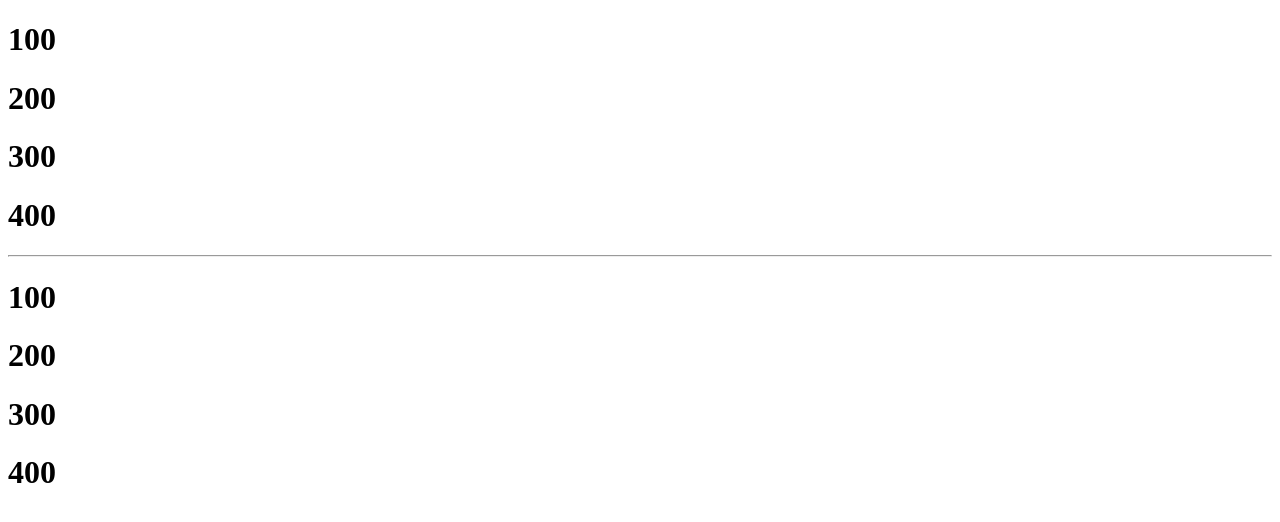
Repository: PankajSutharPersistent/vm-backup
Page: workspaceJavaScript/JSDemo/step-19.html
An editor plug-in stored every save of this project. The page is shown before and after the next save, followed by the edit.
The browser window is 1280 px wide. The pictures show the whole page.

Above is the page before, as saved 2016-12-30 04:57:30.

After the next save:
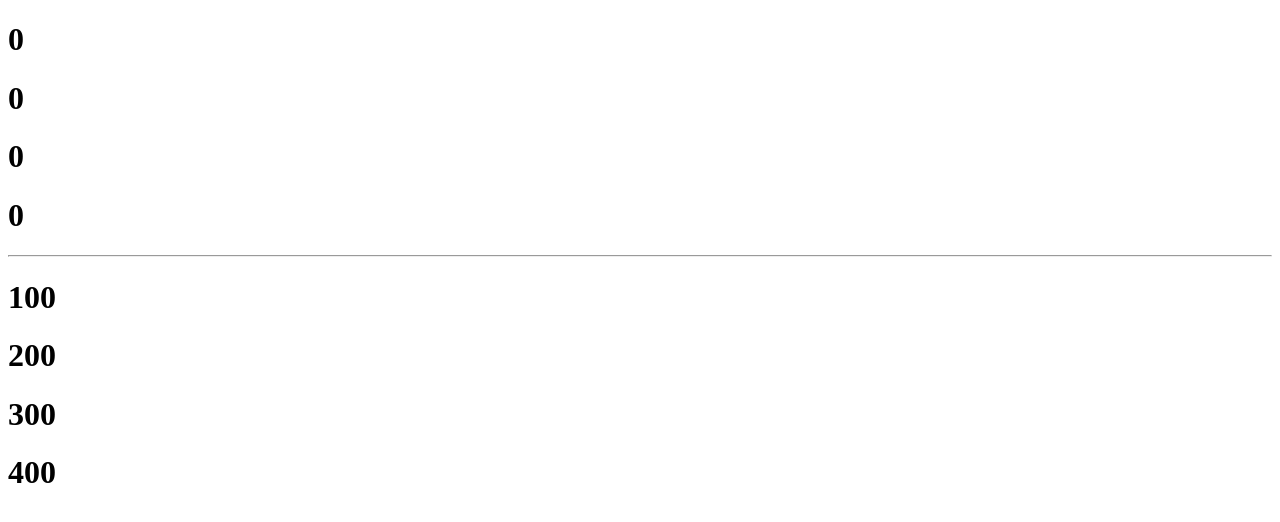
Saved 2 min 35 s later.
--- a/workspaceJavaScript/JSDemo/step-19.html
+++ b/workspaceJavaScript/JSDemo/step-19.html
@@ -24,9 +24,9 @@
 
 			var box1=document.getElementById("box1");
 			var box2=document.getElementById("box2");
+							var wc=withClosure();
 
 			var si1=setInterval(function(){
-				var wc=withClosure();
 				if(count1<5)
 				{
 					box1.innerHTML +="<h1>"+wc()+"</h1>"
